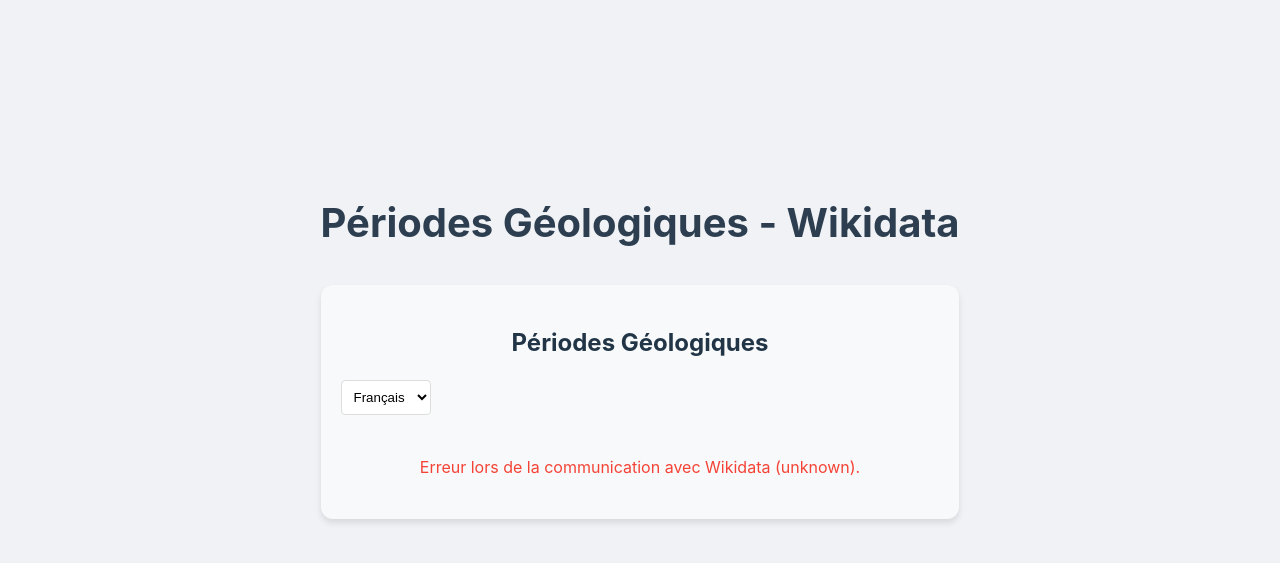
Repository: flobutbut/api_Wikidata
Page: /
The author's editor kept a copy of each file at every save. The page is drawn from the files as they stood at one save, then again after the next save.
The browser window is 1280 px wide. The pictures show the whole page.
The page's requests for data from a server got no answer. The project was rebuilt for these pictures with package versions that can differ from the ones it lists, and the page was loaded fresh each time. No one was signed in, and anything a server would have sent is missing. Also part of the build but not shown: vite.config.ts.

Above is the page before, as saved 2025-03-27 01:30:59.

### src/App.vue
<script setup lang="ts">
import GeologicalPeriods from './components/GeologicalPeriods.vue'
</script>

<template>
  <div class="app">
    <header>
      <h1>Périodes Géologiques - Wikidata</h1>
    </header>
    <main>
      <GeologicalPeriods />
    </main>
  </div>
</template>

<style>
.app {
  max-width: 1200px;
  margin: 0 auto;
  padding: 20px;
}

header {
  text-align: center;
  margin-bottom: 40px;
}

header h1 {
  color: #2c3e50;
  font-size: 2.5em;
  margin: 0;
}

main {
  background: #f8f9fa;
  border-radius: 12px;
  box-shadow: 0 4px 6px rgba(0, 0, 0, 0.1);
}

body {
  margin: 0;
  font-family: -apple-system, BlinkMacSystemFont, 'Segoe UI', Roboto, Oxygen,
    Ubuntu, Cantarell, 'Open Sans', 'Helvetica Neue', sans-serif;
  -webkit-font-smoothing: antialiased;
  -moz-osx-font-smoothing: grayscale;
  background: #f0f2f5;
}
</style>

### src/components/GeologicalPeriods.vue
<template>
  <div class="geological-periods">
    <h2>Périodes Géologiques</h2>

    <div class="controls">
      <select v-model="selectedLanguage" @change="fetchPeriods">
        <option value="fr">Français</option>
        <option value="en">English</option>
      </select>
      <button v-if="currentParent" @click="goBack" class="back-button">
        Retour
      </button>
    </div>

    <div v-if="loading" class="loading">
      Chargement...
    </div>

    <div v-else-if="error" class="error">
      {{ error }}
    </div>

    <div v-else class="periods-list">
      <div
        v-for="period in periods"
        :key="period.id"
        class="period-item"
        @click="enterPeriod(period)"
      >
        <div class="period-info">
          <h3>{{ period.label }}</h3>
          <p v-if="period.startDate || period.endDate">
            {{ period.startDate ? `Début: ${period.startDate}` : '' }}
            {{ period.endDate ? ` - Fin: ${period.endDate}` : '' }}
          </p>
        </div>
        <div class="period-arrow">→</div>
      </div>
    </div>
  </div>
</template>

<script setup lang="ts">
import { ref, onMounted } from 'vue';
import { WikidataService } from '../services/wikidata';
import type { GeologicalPeriod } from '../types/geological';

const wikidataService = WikidataService.getInstance();
const periods = ref<GeologicalPeriod[]>([]);
const loading = ref(false);
const error = ref<string | null>(null);
const selectedLanguage = ref('fr');
const currentParent = ref<string | null>(null);

const fetchPeriods = async () => {
  loading.value = true;
  error.value = null;

  try {
    const options = {
      language: selectedLanguage.value,
      parentId: currentParent.value || undefined
    };

    periods.value = await wikidataService.getGeologicalPeriods(options);
  } catch (err) {
    error.value = err instanceof Error ? err.message : 'Une erreur est survenue';
  } finally {
    loading.value = false;
  }
};

const enterPeriod = (period: GeologicalPeriod) => {
  currentParent.value = period.id;
  fetchPeriods();
};

const goBack = () => {
  currentParent.value = null;
  fetchPeriods();
};

onMounted(fetchPeriods);
</script>

<style scoped>
.geological-periods {
  padding: 20px;
  max-width: 800px;
  margin: 0 auto;
}

.controls {
  display: flex;
  gap: 10px;
  margin-bottom: 20px;
}

.period-item {
  display: flex;
  justify-content: space-between;
  align-items: center;
  padding: 15px;
  border: 1px solid #ddd;
  margin-bottom: 10px;
  border-radius: 4px;
  cursor: pointer;
  transition: all 0.2s ease;
  background-color: white;
}

.period-item:hover {
  transform: translateX(5px);
  box-shadow: 0 2px 5px rgba(0,0,0,0.1);
  border-color: #4CAF50;
}

.period-info {
  flex: 1;
}

.period-info h3 {
  margin: 0 0 10px 0;
  color: #333;
}

.period-info p {
  margin: 5px 0;
  color: #666;
}

.period-arrow {
  color: #4CAF50;
  font-size: 1.2em;
  margin-left: 10px;
}

.back-button {
  padding: 8px 16px;
  background-color: #f44336;
  color: white;
  border: none;
  border-radius: 4px;
  cursor: pointer;
  transition: background-color 0.2s ease;
}

.back-button:hover {
  background-color: #d32f2f;
}

.loading, .error {
  text-align: center;
  padding: 20px;
}

.error {
  color: #f44336;
}

select {
  padding: 8px;
  border-radius: 4px;
  border: 1px solid #ddd;
  background-color: white;
}
</style>

### src/services/wikidata.ts
import axios, { AxiosError } from 'axios';
import type { GeologicalPeriod, WikidataResponse } from '../types/geological';

const WIKIDATA_API_URL = '/api/wikidata/sparql';
const MAX_RETRIES = 3;
const RETRY_DELAY = 1000; // 1 seconde
const REQUEST_TIMEOUT = 30000; // 30 secondes
const CACHE_DURATION = 5 * 60 * 1000; // 5 minutes

interface CacheEntry {
  data: GeologicalPeriod[];
  timestamp: number;
}

interface QueryOptions {
  limit?: number;
  offset?: number;
  language?: string;
  parentId?: string;
}

export class WikidataError extends Error {
  constructor(
    message: string,
    public code: string,
    public originalError?: Error
  ) {
    super(message);
    this.name = 'WikidataError';
  }
}

export class WikidataService {
  private static instance: WikidataService;
  private cache: Map<string, CacheEntry> = new Map();
  private defaultLimit = 20;
  private defaultLanguage = 'fr';

  private constructor() {}

  static getInstance(): WikidataService {
    if (!WikidataService.instance) {
      WikidataService.instance = new WikidataService();
    }
    return WikidataService.instance;
  }

  private getCacheKey(options: QueryOptions): string {
    return `${options.limit}-${options.offset}-${options.language}-${options.parentId || 'root'}`;
  }

  private getFromCache(key: string): GeologicalPeriod[] | null {
    const entry = this.cache.get(key);
    if (entry && Date.now() - entry.timestamp < CACHE_DURATION) {
      return entry.data;
    }
    return null;
  }

  private setCache(key: string, data: GeologicalPeriod[]): void {
    this.cache.set(key, {
      data,
      timestamp: Date.now()
    });
  }

  private async retryOperation<T>(
    operation: () => Promise<T>,
    retries = MAX_RETRIES
  ): Promise<T> {
    try {
      return await operation();
    } catch (error) {
      if (retries > 0 && this.isRetryableError(error)) {
        await new Promise(resolve => setTimeout(resolve, RETRY_DELAY));
        return this.retryOperation(operation, retries - 1);
      }
      throw this.handleError(error);
    }
  }

  private isRetryableError(error: unknown): boolean {
    if (error instanceof AxiosError) {
      return (
        error.response?.status === 503 ||
        error.response?.status === 429 ||
        error.code === 'ECONNABORTED' ||
        error.code === 'ETIMEDOUT'
      );
    }
    return false;
  }

  private handleError(error: unknown): WikidataError {
    console.error('Gestion de l\'erreur:', error);
    if (error instanceof AxiosError) {
      console.error('Détails de l\'erreur Axios:', {
        status: error.response?.status,
        statusText: error.response?.statusText,
        data: error.response?.data,
        headers: error.response?.headers
      });

      if (error.response?.status === 429) {
        return new WikidataError(
          'Trop de requêtes. Veuillez réessayer plus tard.',
          'RATE_LIMIT',
          error
        );
      }
      if (error.response?.status === 503) {
        return new WikidataError(
          'Service temporairement indisponible.',
          'SERVICE_UNAVAILABLE',
          error
        );
      }
      if (error.response?.status === 404) {
        return new WikidataError(
          'Endpoint Wikidata non trouvé. Vérifiez la configuration du proxy.',
          'ENDPOINT_NOT_FOUND',
          error
        );
      }
      return new WikidataError(
        `Erreur lors de la communication avec Wikidata (${error.response?.status || 'unknown'}).`,
        'API_ERROR',
        error
      );
    }
    return new WikidataError(
      'Une erreur inattendue est survenue.',
      'UNKNOWN_ERROR',
      error instanceof Error ? error : undefined
    );
  }

  private buildQuery(options: QueryOptions): string {
    const { language = 'fr', parentId } = options;

    const parentFilter = parentId
      ? `?item wdt:P361 wd:${parentId}.`  // Si on a un parent, on cherche ses enfants
      : `VALUES ?item { wd:Q104460 wd:Q104168 wd:Q104162 wd:Q101313 }`; // Liste des éons

    return `
      SELECT DISTINCT ?item ?itemLabel ?startDate ?endDate
      WHERE {
        ${parentFilter}
        SERVICE wikibase:label {
          bd:serviceParam wikibase:language "${language}".
          ?item rdfs:label ?itemLabel.
        }
        OPTIONAL { ?item wdt:P580 ?startDate. }
        OPTIONAL { ?item wdt:P582 ?endDate. }
      }
      ORDER BY DESC(?startDate)
    `;
  }

  private transformResponse(bindings: any[]): GeologicalPeriod[] {
    return bindings.map(binding => {
      if (!binding.item?.value || !binding.itemLabel?.value) {
        throw new WikidataError(
          'Données de période géologique invalides',
          'INVALID_PERIOD_DATA'
        );
      }

      return {
        id: binding.item.value.split('/').pop() || '',
        label: binding.itemLabel.value,
        description: undefined,
        startDate: binding.start?.value,
        endDate: binding.end?.value,
        parentPeriod: undefined,
        childPeriods: []
      };
    });
  }

  async getGeologicalPeriods(options: QueryOptions = {}): Promise<GeologicalPeriod[]> {
    const cacheKey = this.getCacheKey(options);
    const cachedData = this.getFromCache(cacheKey);
    if (cachedData) {
      return cachedData;
    }

    return this.retryOperation(async () => {
      const query = this.buildQuery(options);
      console.log('Requête SPARQL:', query);

      try {
        const response = await axios.get(WIKIDATA_API_URL, {
          params: {
            query,
            format: 'json'
          },
          timeout: REQUEST_TIMEOUT,
          headers: {
            'Accept': 'application/sparql-results+json'
          }
        });

        if (!response.data || !response.data.results || !response.data.results.bindings) {
          console.error('Structure de réponse invalide:', response.data);
          throw new WikidataError(
            'Réponse invalide de Wikidata',
            'INVALID_RESPONSE'
          );
        }

        const periods = this.transformResponse(response.data.results.bindings);
        this.setCache(cacheKey, periods);
        return periods;
      } catch (error) {
        console.error('Erreur détaillée:', error);
        if (error instanceof AxiosError) {
          console.error('Status:', error.response?.status);
          console.error('Headers:', error.response?.headers);
          console.error('Data:', error.response?.data);
        }
        throw error;
      }
    });
  }

  async getChildPeriods(parentId: string, options: QueryOptions = {}): Promise<GeologicalPeriod[]> {
    return this.getGeologicalPeriods({
      ...options,
      parentId
    });
  }
}

Loaded but not shown: index.html (common file); src/main.ts (common file); src/style.css (common file)

After the next save:
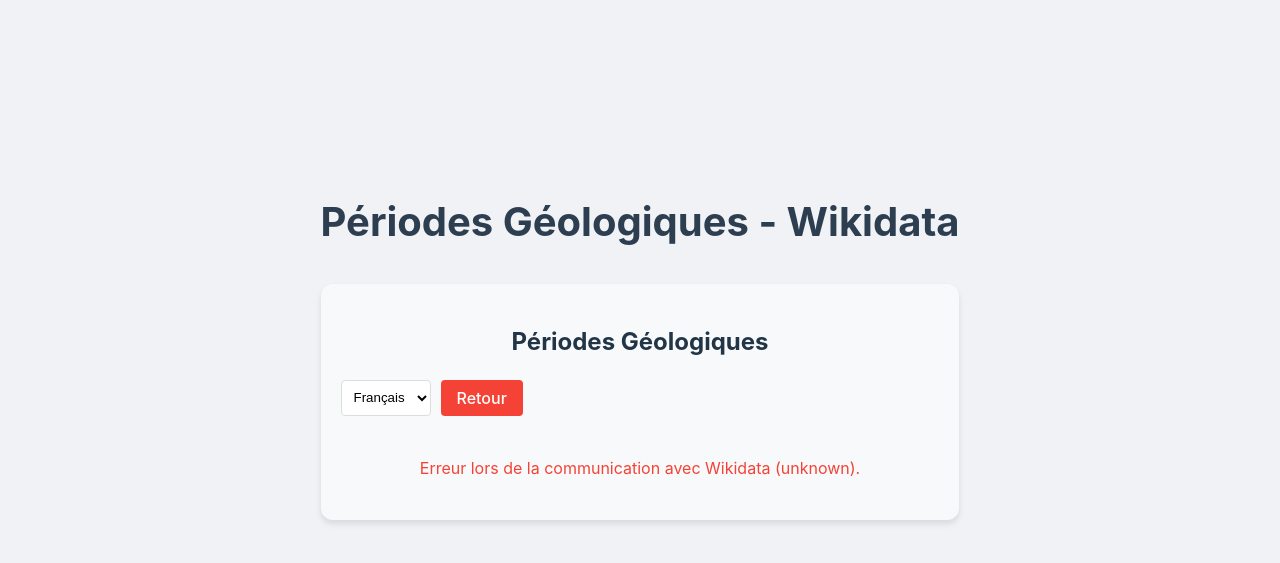
Saved 4 min 19 s later.
--- a/src/components/GeologicalPeriods.vue
+++ b/src/components/GeologicalPeriods.vue
@@ -7,7 +7,7 @@
         <option value="fr">Français</option>
         <option value="en">English</option>
       </select>
-      <button v-if="currentParent" @click="goBack" class="back-button">
+      <button @click="goBack" class="back-button">
         Retour
       </button>
     </div>
@@ -99,7 +99,7 @@
 .period-item {
   display: flex;
   justify-content: space-between;
-  align-items: center;
+  align-items: flex-start;
   padding: 15px;
   border: 1px solid #ddd;
   margin-bottom: 10px;
@@ -110,13 +110,13 @@
 }
 
 .period-item:hover {
-  transform: translateX(5px);
   box-shadow: 0 2px 5px rgba(0,0,0,0.1);
   border-color: #4CAF50;
 }
 
 .period-info {
   flex: 1;
+  text-align: left;
 }
 
 .period-info h3 {
@@ -133,6 +133,7 @@
   color: #4CAF50;
   font-size: 1.2em;
   margin-left: 10px;
+  padding-top: 3px;
 }
 
 .back-button {
